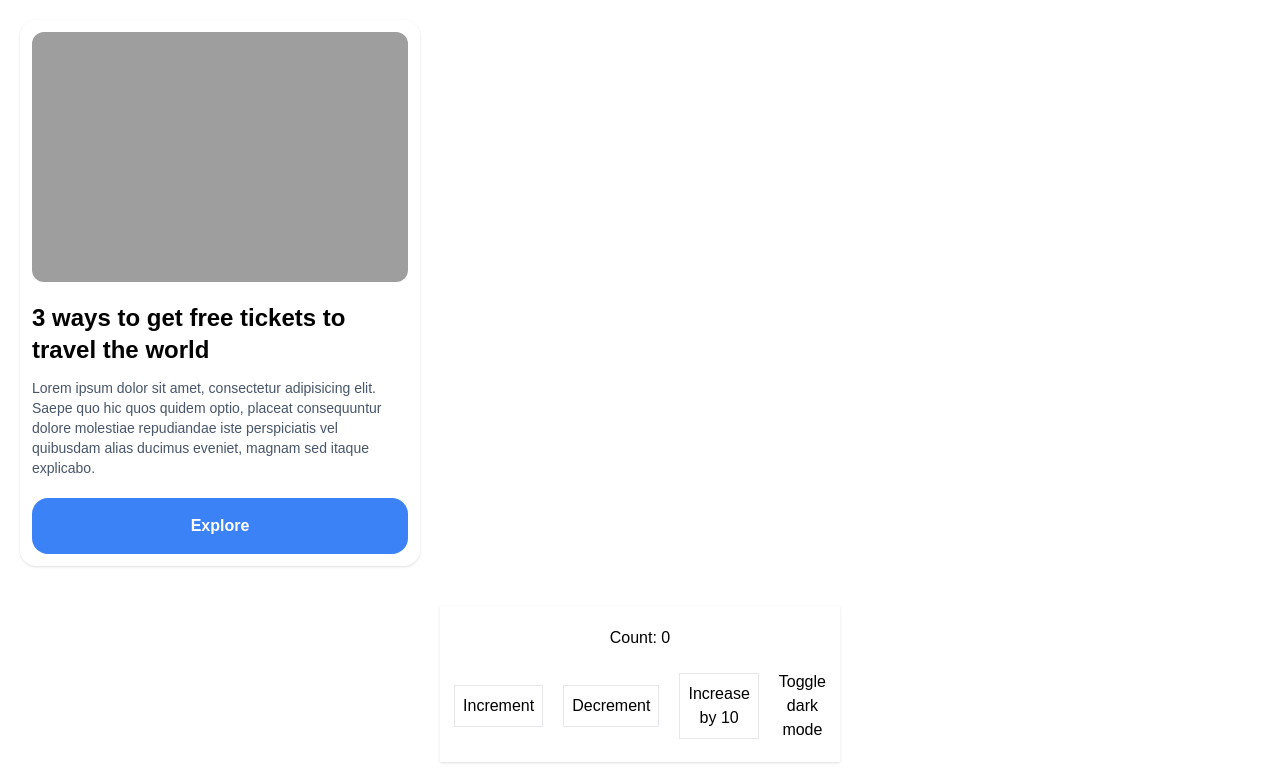
Repository: ngothiep2412/react-redux-course
Page: /
An editor plug-in stored every save of this project. The page is shown before and after the next save, followed by the edit.
The browser window is 1280 px wide. The pictures show the whole page.
Pictures or frames that could not be fetched are drawn as grey boxes. The project was rebuilt for these pictures with package versions that can differ from the ones it lists, and the page was loaded fresh each time. Also part of the build but not shown: src/App.css.

Above is the page before, as saved 2022-08-09 17:25:36.

### src/index.js
import React from "react";
import { createRoot } from "react-dom/client";
import App from "./App";
import reportWebVitals from "./reportWebVitals";
import "./index.css";
import { Provider } from "react-redux";
import store from "./redux-toolkit/configureStore";

const container = document.getElementById("root");
const root = createRoot(container);

root.render(
  <React.StrictMode>
    <Provider store={store}>
      <App />
    </Provider>
  </React.StrictMode>
);

// If you want to start measuring performance in your app, pass a function
// to log results (for example: reportWebVitals(console.log))
// or send to an analytics endpoint. Learn more: https://bit.ly/CRA-vitals
reportWebVitals();

### src/App.js
import React from "react";
import { useSelector } from "react-redux";
import "./App.css";
import Card from "./components/Card";
import Counter from "./components/Counter";
function App() {
  const globalOption = useSelector((state) => state.global);
  console.log(globalOption);
  return (
    <div>
      <Card></Card>
      <Counter></Counter>
    </div>
  );
}

export default App;

### src/index.css
@tailwind base;
@tailwind components;
@tailwind utilities;
@layer base {
  body {
    padding: 20px;
    font-family: "DM sans", sans-serif;
  }
  input {
    outline: none;
  }
}

### src/redux-toolkit/configureStore.js
import { configureStore, combineReducers } from "@reduxjs/toolkit";
import counterSlice from "./counterSlice";
import globalSlice from "./globalSlice";

const reducer = combineReducers({
  counter: counterSlice,
  global: globalSlice,
});

const store = configureStore({
  reducer: reducer,
});

export default store;

### src/components/Card.js
import React from "react";

const Card = () => {
  return (
    <div className="w-[400px] bg-white p-3 rounded-2xl shadow dark:bg-slate-900">
      <div className="card-image h-[250px] mb-5">
        <img
          src="https://cdn.dribbble.com/users/2400293/screenshots/16378193/media/e9ad5ebe9dd6822be9ee622c7465d9e5.png?compress=1&resize=1200x900&vertical=top"
          alt=""
          className="object-cover w-full h-full rounded-xl"
        />
      </div>
      <div className="card-content">
        <h3 className="mb-3 text-2xl font-bold card-title dark:text-white">
          3 ways to get free tickets to travel the world
        </h3>
        <p className="mb-5 text-sm text-slate-600 card-desc dark:text-slate-100">
          Lorem ipsum dolor sit amet, consectetur adipisicing elit. Saepe quo
          hic quos quidem optio, placeat consequuntur dolore molestiae
          repudiandae iste perspiciatis vel quibusdam alias ducimus eveniet,
          magnam sed itaque explicabo.
        </p>
        <a
          href="/#"
          className="block p-4 font-semibold text-center text-white bg-blue-500 card-details rounded-2xl"
        >
          Explore
        </a>
      </div>
    </div>
  );
};

export default Card;

### src/components/Counter.js
import React, { useEffect } from "react";
import { useSelector, useDispatch } from "react-redux";
import useDarkMode from "../hooks/useDarkMode";
import {
  decrement,
  increment,
  incrementByAmount,
} from "../redux-toolkit/counterSlice";
import { toggleDarkMode } from "../redux-toolkit/globalSlice";
// import { decrement, increment, incrementByValue } from "../redux/counter";
const Counter = () => {
  const count = useSelector((state) => state.counter.count);
  const dispatch = useDispatch();
  const handleIncrement = () => {
    dispatch(increment());
  };
  const handleDecrement = () => {
    dispatch(decrement());
  };
  const handleIncrementByValue = () => {
    dispatch(incrementByAmount(10));
  };
  return (
    <div className="flex flex-col items-center p-5 bg-white shadow w-[400px] mx-auto mt-10">
      <h2 className="mb-5">Count: {count}</h2>
      <div className="flex items-center justify-center gap-x-5">
        <button
          className="inline-block p-2 border border-gray-200"
          onClick={handleIncrement}
        >
          Increment
        </button>
        <button
          className="inline-block p-2 border border-gray-200"
          onClick={handleDecrement}
        >
          Decrement
        </button>
        <button
          className="inline-block p-2 border border-gray-200"
          onClick={handleIncrementByValue}
        >
          Increase by 10
        </button>
        <SwitchDarkMode></SwitchDarkMode>
      </div>
    </div>
  );
};
function SwitchDarkMode() {
  const [darkMode, setDarkMode] = useDarkMode();
  const dispatch = useDispatch();
  useEffect(() => {
    dispatch(toggleDarkMode(darkMode));
    // eslint-disable-next-line react-hooks/exhaustive-deps
  }, []);
  const handleToggleDarkMode = () => {
    setDarkMode(!darkMode);
    dispatch(toggleDarkMode(!darkMode));
  };
  return <button onClick={handleToggleDarkMode}>Toggle dark mode</button>;
}
export default Counter;

### src/redux-toolkit/counterSlice.js
import { createSlice } from "@reduxjs/toolkit";

const counterSlice = createSlice({
  name: "counter",
  initialState: {
    count: 0,
  },
  reducers: {
    increment: (state) => ({
      ...state,
      count: state.count + 1,
    }),
    decrement: (state) => ({
      ...state,
      count: state.count - 1,
    }),
    // incrementByAmount: (state, actions) => ({
    //   ...state,
    //   count: state.count + actions.payload,
    // }),
    incrementByAmount: (state, { payload }) => ({
      //Handle logic code here
      ...state,
      count: state.count + payload,
    }),
  },
});
//Action creators are generated for each case reducer function
export const { increment, decrement, incrementByAmount } = counterSlice.actions;
export default counterSlice.reducer;

### src/redux-toolkit/globalSlice.js
import { createSlice } from "@reduxjs/toolkit";

const globalSlice = createSlice({
  name: "global",
  initialState: {
    darkMode: false,
  },
  reducers: {
    toggleDarkMode: (state, { payload }) => {
      return {
        ...state,
        darkMode: payload,
      };
    },
  },
});
export const { toggleDarkMode } = globalSlice.actions;
export default globalSlice.reducer;

### src/hooks/useDarkMode.js
import { useEffect } from "react";
import useLocalStorage from "./useLocalStorage";
import useMedia from "./useMedia";

export default function useDarkMode() {
  // Use our useLocalStorage hook to persist state through a page refresh.
  // Read the recipe for this hook to learn more: usehooks.com/useLocalStorage
  const [enabledState, setEnabledState] = useLocalStorage("dark-mode-enabled");
  // See if user has set a browser or OS preference for dark mode.
  // The usePrefersDarkMode hook composes a useMedia hook (see code below).
  // const prefersDarkMode = usePrefersDarkMode();
  // If enabledState is defined use it, otherwise fallback to prefersDarkMode.
  // This allows user to override OS level setting on our website.
  const enabled = typeof enabledState !== "undefined" ? enabledState : false;
  // Fire off effect that add/removes dark mode class
  useEffect(
    () => {
      const className = "dark";
      const element = window.document.documentElement;
      if (enabled) {
        element.classList.add(className);
      } else {
        element.classList.remove(className);
      }
    },
    [enabled] // Only re-call effect when value changes
  );
  // Return enabled state and setter
  return [enabled, setEnabledState];
}
// Compose our useMedia hook to detect dark mode preference.
// The API for useMedia looks a bit weird, but that's because ...
// ... it was designed to support multiple media queries and return values.
// Thanks to hook composition we can hide away that extra complexity!
// Read the recipe for useMedia to learn more: usehooks.com/useMedia
function usePrefersDarkMode() {
  return useMedia(["(prefers-color-scheme: dark)"], [true], false);
}

### src/hooks/useLocalStorage.js
import { useState } from "react";

export default function useLocalStorage(key, initialValue) {
  // State to store our value
  // Pass initial state function to useState so logic is only executed once
  const [storedValue, setStoredValue] = useState(() => {
    if (typeof window === "undefined") {
      return initialValue;
    }
    try {
      // Get from local storage by key
      const item = window.localStorage.getItem(key);
      // Parse stored json or if none return initialValue
      return item ? JSON.parse(item) : initialValue;
    } catch (error) {
      // If error also return initialValue
      console.log(error);
      return initialValue;
    }
  });
  // Return a wrapped version of useState's setter function that ...
  // ... persists the new value to localStorage.
  const setValue = (value) => {
    try {
      // Allow value to be a function so we have same API as useState
      const valueToStore =
        value instanceof Function ? value(storedValue) : value;
      // Save state
      setStoredValue(valueToStore);
      // Save to local storage
      if (typeof window !== "undefined") {
        window.localStorage.setItem(key, JSON.stringify(valueToStore));
      }
    } catch (error) {
      // A more advanced implementation would handle the error case
      console.log(error);
    }
  };
  return [storedValue, setValue];
}

### src/hooks/useMedia.js
import { useEffect, useState } from "react";

export default function useMedia(queries, values, defaultValue) {
  // Array containing a media query list for each query
  const mediaQueryLists = queries.map((q) => window.matchMedia(q));
  // Function that gets value based on matching media query
  const getValue = () => {
    // Get index of first media query that matches
    const index = mediaQueryLists.findIndex((mql) => mql.matches);
    // Return related value or defaultValue if none
    return typeof values[index] !== "undefined" ? values[index] : defaultValue;
  };
  // State and setter for matched value
  const [value, setValue] = useState(getValue);
  useEffect(
    () => {
      // Event listener callback
      // Note: By defining getValue outside of useEffect we ensure that it has ...
      // ... current values of hook args (as this hook callback is created once on mount).
      const handler = () => setValue(getValue);
      // Set a listener for each media query with above handler as callback.
      mediaQueryLists.forEach((mql) => mql.addListener(handler));
      // Remove listeners on cleanup
      return () =>
        mediaQueryLists.forEach((mql) => mql.removeListener(handler));
    },
    [] // Empty array ensures effect is only run on mount and unmount
  );
  return value;
}

Loaded but not shown: public/index.html (common file); src/reportWebVitals.js (common file); tailwind.config.js (common file)

After the next save:
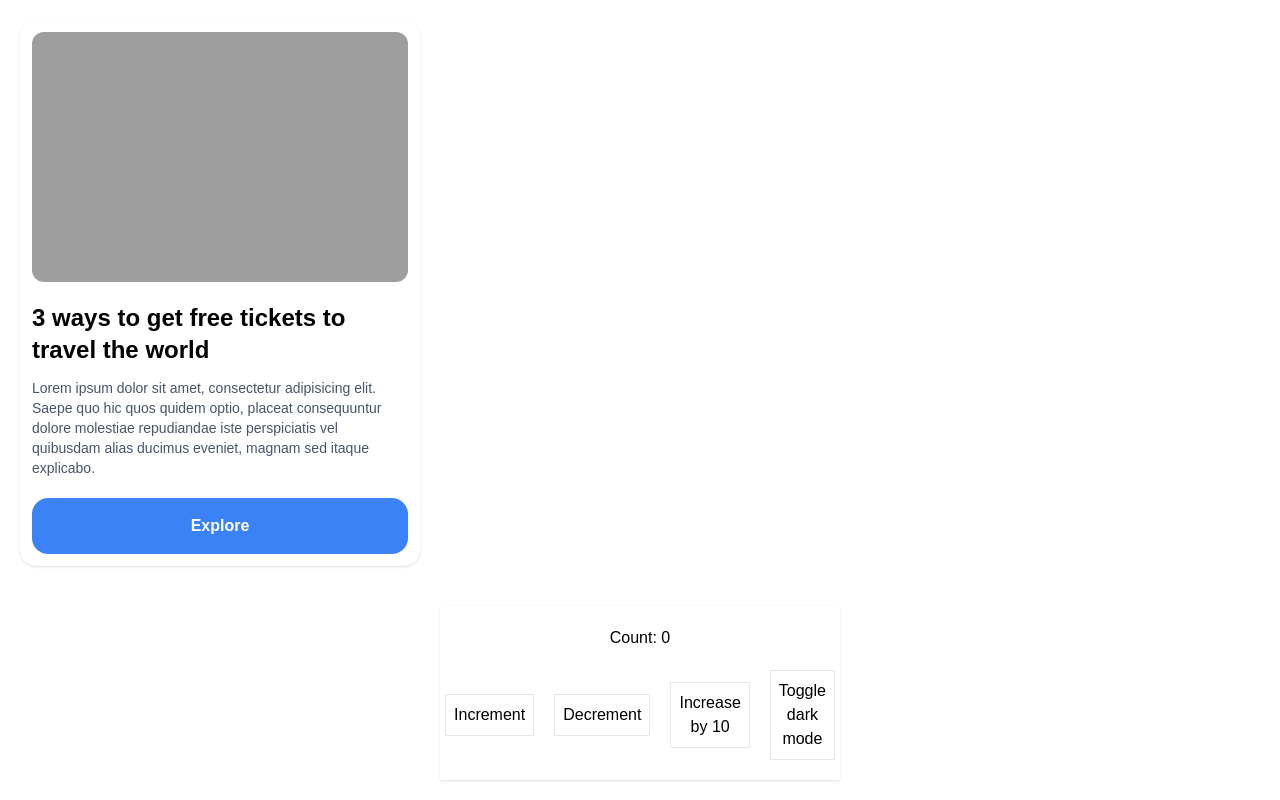
Saved 97 min 27 s later.
--- a/src/components/Counter.js
+++ b/src/components/Counter.js
@@ -58,6 +58,13 @@ function SwitchDarkMode() {
     setDarkMode(!darkMode);
     dispatch(toggleDarkMode(!darkMode));
   };
-  return <button onClick={handleToggleDarkMode}>Toggle dark mode</button>;
+  return (
+    <button
+      className="inline-block p-2 border border-gray-200"
+      onClick={handleToggleDarkMode}
+    >
+      Toggle dark mode
+    </button>
+  );
 }
 export default Counter;
